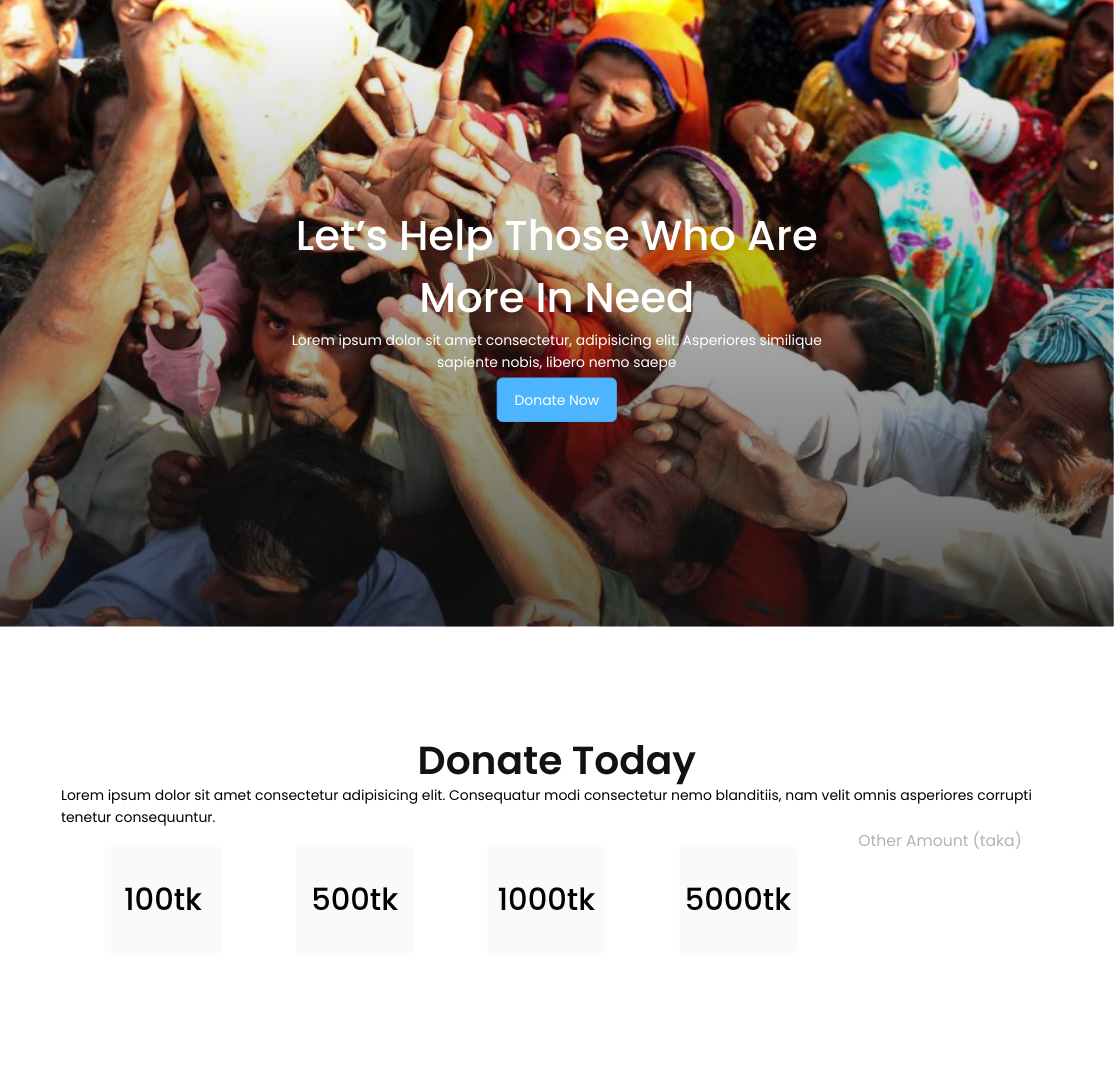
Repository: mdrubel02/donate-website
Page: index.html
These files come from the project's save history. The page is drawn as it stood at one moment and after the next save; the edit follows.
The browser window is 1280 px wide. The pictures show the whole page, at 87% of full size.

Above is the page before, as saved 2022-07-06 13:31:48.

After the next save:
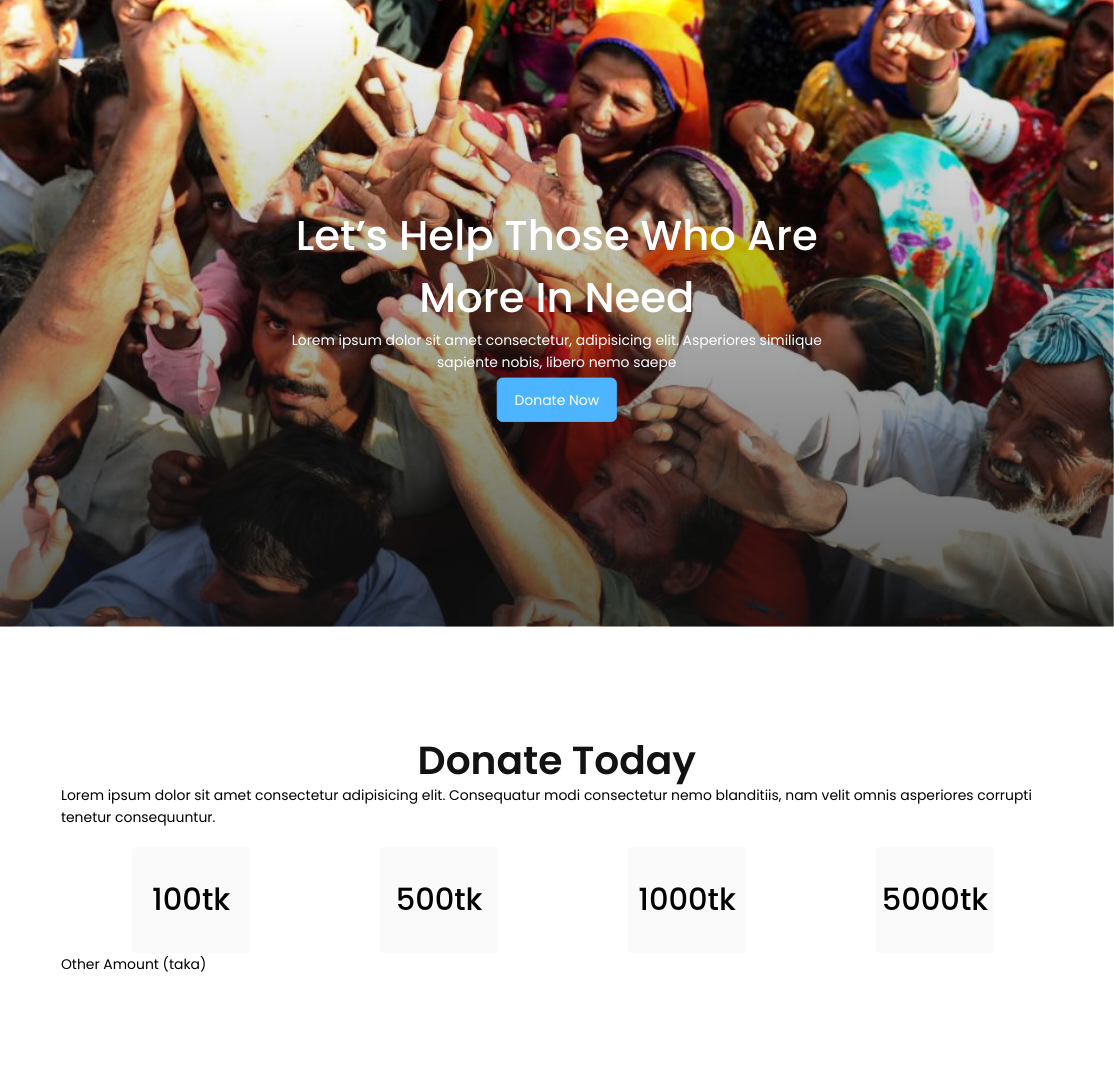
Saved 51 s later.
--- a/index.html
+++ b/index.html
@@ -34,8 +34,9 @@
                 <div class="donate-content">
                     <h3>5000<span>tk</span> </h3>
                 </div>
-                <p>Other Amount <span>(taka)</span></p>
+
             </div>
+            <p>Other Amount <span>(taka)</span></p>
     </section>
 </body>
 </html>
